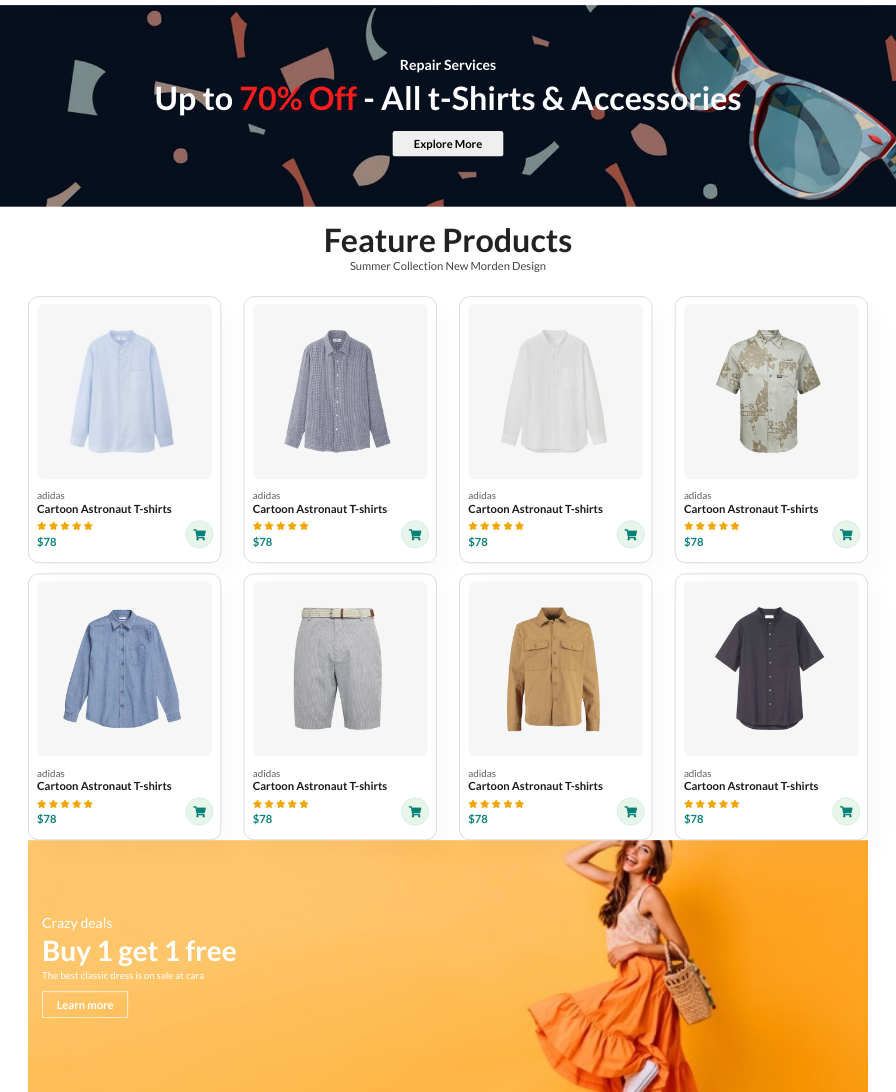
Repository: Nguyenductuan-dev/Website-Clothes
Page: index.html
The author's editor kept a copy of each file at every save. The page is drawn from the files as they stood at one save, then again after the next save.
The browser window is 1280 px wide. The pictures show the part of the page from y = 1866 to 3786 px (the page is 3426 px tall before and 3786 px after), at 70% of full size.

Above is the page before, as saved 2022-05-15 16:02:00.

### index.html
<!DOCTYPE html>
<html lang="en">
<head>
    <meta charset="UTF-8">
    <meta http-equiv="X-UA-Compatible" content="IE=edge">
    <meta name="viewport" content="width=device-width, initial-scale=1.0">
    <link rel="shortcut icon" href="assets/imgs/favicon.png" type="image/x-icon">
    <link rel="stylesheet" href="https://cdnjs.cloudflare.com/ajax/libs/font-awesome/5.15.1/css/all.min.css" />
    <link rel="preconnect" href="https://fonts.googleapis.com">
    <link rel="preconnect" href="https://fonts.gstatic.com" crossorigin>
    <link href="https://fonts.googleapis.com/css2?family=Lato:wght@400;700&family=Montserrat:ital,wght@0,200;0,300;0,400;0,500;0,600;0,700;1,600&display=swap" rel="stylesheet">
    <link rel="stylesheet" href="assets/css/style.css">
    <title>Website Clothes</title>
</head>
<body>
    <!-- ======================= HEADER ====================== -->
    <header class="header " id="header">
        <div class="header__container container">
            <a href="index.html" class="header__logo">
                <img src="assets/images/logo.png" alt="" class="header__logo-img">
            </a>

            <div class="navbar" id="navbar">
                <ul class="navbar__list">
                    <li class="navbar__item ">
                        <a href="index.html" class="navbar__link navbar__active">Home</a>
                    </li>
                    <li class="navbar__item">
                        <a href="shop.html" class="navbar__link">Shop</a>
                    </li>
                    <li class="navbar__item">
                        <a href="blog.html" class="navbar__link">Blog</a>
                    </li>
                    <li class="navbar__item">
                        <a href="about.html" class="navbar__link">About</a>
                    </li>
                    <li class="navbar__item">
                        <a href="contact.html" class="navbar__link">Contact</a>
                    </li>
                    <li class="navbar__item">
                        <a href="cart.html" class="navbar__link">
                            <i class="fas fa-shopping-cart"></i>
                        </a>
                    </li>
                </ul>
            </div>
        </div>
    </header>

    <!-- ======================= BANNER ====================== -->
    <section class="banner" id="banner">
        <div class="banner__container container">
            <h4>Trade-in-offer</h4>
            <h2>Supper value deals</h2>
            <h1>On all products</h1>
            <p>Save more with coupons & up to 70% off!</p>
            <button class="banner__btn">
                Shop Now
            </button>
        </div>
    </section>

    <!-- ======================= FEATURE ====================== -->
    <section class="feature container" id="feature">
        <div class="feature__box">
            <img src="assets/images/features/f1.png" alt="" class="feature__img">
            <h6 class="feature__title">Free Shipping</h6>
        </div>
        <div class="feature__box">
            <img src="assets/images/features/f2.png" alt="" class="feature__img">
            <h6 class="feature__title">Online Order</h6>
        </div>
        <div class="feature__box">
            <img src="assets/images/features/f3.png" alt="" class="feature__img">
            <h6 class="feature__title">Save Money</h6>
        </div>
        <div class="feature__box">
            <img src="assets/images/features/f4.png" alt="" class="feature__img">
            <h6 class="feature__title">Promotions</h6>
        </div>
        <div class="feature__box">
            <img src="assets/images/features/f5.png" alt="" class="feature__img">
            <h6 class="feature__title">Happy Sell</h6>
        </div>
        <div class="feature__box">
            <img src="assets/images/features/f6.png" alt="" class="feature__img">
            <h6 class="feature__title">F24/7 Support</h6>
        </div>
    </section>

    <!-- ======================= PRODUCTS ====================== -->
    <section class="product container" id="product">
        <div class="product__heading">
            <h2 class="product__heading-title">Feature Products</h2>
            <p class="product__heading-description">Summer Collection New Morden Design</p>
        </div>
        <div class="product__list">
            <div class="product__item">
                <a href="" class="product__link">
                    <img src="assets/images/products/n1.jpg" alt="" class="product__img">
                    <div class="product__des">
                        <span class="product__brand">adidas</span>
                        <h5 class="product__title">Cartoon Astronaut T-shirts</h5>
                        <div class="product__rate">
                            <i class="fas fa-star"></i>
                            <i class="fas fa-star"></i>
                            <i class="fas fa-star"></i>
                            <i class="fas fa-star"></i>
                            <i class="fas fa-star"></i>
                        </div>
                        <h4 class="product__price">$78</h4>
                    </div>
                    <a href="#" class="product__cart">
                        <i class="fas fa-shopping-cart"></i>
                    </a>
                </a>
            </div>
            <div class="product__item">
                <a href="" class="product__link">
                    <img src="assets/images/products/f2.jpg" alt="" class="product__img">
                    <div class="product__des">
                        <span class="product__brand">adidas</span>
                        <h5 class="product__title">Cartoon Astronaut T-shirts</h5>
                        <div class="product__rate">
                            <i class="fas fa-star"></i>
                            <i class="fas fa-star"></i>
                            <i class="fas fa-star"></i>
                            <i class="fas fa-star"></i>
                            <i class="fas fa-star"></i>
                        </div>
                        <h4 class="product__price">$78</h4>
                    </div>
                    <a href="#" class="product__cart">
                        <i class="fas fa-shopping-cart"></i>
                    </a>
                </a>
            </div>
            <div class="product__item">
                <a href="" class="product__link">
                    <img src="assets/images/products/f3.jpg" alt="" class="product__img">
                    <div class="product__des">
                        <span class="product__brand">adidas</span>
                        <h5 class="product__title">Cartoon Astronaut T-shirts</h5>
                        <div class="product__rate">
                            <i class="fas fa-star"></i>
                            <i class="fas fa-star"></i>
                            <i class="fas fa-star"></i>
                            <i class="fas fa-star"></i>
                            <i class="fas fa-star"></i>
                        </div>
                        <h4 class="product__price">$78</h4>
                    </div>
                    <a href="#" class="product__cart">
                        <i class="fas fa-shopping-cart"></i>
                    </a>
                </a>
            </div>
            <div class="product__item">
                <a href="" class="product__link">
                    <img src="assets/images/products/f4.jpg" alt="" class="product__img">
                    <div class="product__des">
                        <span class="product__brand">adidas</span>
                        <h5 class="product__title">Cartoon Astronaut T-shirts</h5>
                        <div class="product__rate">
                            <i class="fas fa-star"></i>
                            <i class="fas fa-star"></i>
                            <i class="fas fa-star"></i>
                            <i class="fas fa-star"></i>
                            <i class="fas fa-star"></i>
                        </div>
                        <h4 class="product__price">$78</h4>
                    </div>
                    <a href="#" class="product__cart">
                        <i class="fas fa-shopping-cart"></i>
                    </a>
                </a>
            </div>
            <div class="product__item">
                <a href="" class="product__link">
                    <img src="assets/images/products/f5.jpg" alt="" class="product__img">
                    <div class="product__des">
                        <span class="product__brand">adidas</span>
                        <h5 class="product__title">Cartoon Astronaut T-shirts</h5>
                        <div class="product__rate">
                            <i class="fas fa-star"></i>
                            <i class="fas fa-star"></i>
                            <i class="fas fa-star"></i>
                            <i class="fas fa-star"></i>
                            <i class="fas fa-star"></i>
                        </div>
                        <h4 class="product__price">$78</h4>
                    </div>
                    <a href="#" class="product__cart">
                        <i class="fas fa-shopping-cart"></i>
                    </a>
                </a>
            </div>
            <div class="product__item">
                <a href="" class="product__link">
                    <img src="assets/images/products/f6.jpg" alt="" class="product__img">
                    <div class="product__des">
                        <span class="product__brand">adidas</span>
                        <h5 class="product__title">Cartoon Astronaut T-shirts</h5>
                        <div class="product__rate">
                            <i class="fas fa-star"></i>
                            <i class="fas fa-star"></i>
                            <i class="fas fa-star"></i>
                            <i class="fas fa-star"></i>
                            <i class="fas fa-star"></i>
                        </div>
                        <h4 class="product__price">$78</h4>
                    </div>
                    <a href="#" class="product__cart">
                        <i class="fas fa-shopping-cart"></i>
                    </a>
                </a>
            </div>
            <div class="product__item">
                <a href="" class="product__link">
                    <img src="assets/images/products/f7.jpg" alt="" class="product__img">
                    <div class="product__des">
                        <span class="product__brand">adidas</span>
                        <h5 class="product__title">Cartoon Astronaut T-shirts</h5>
                        <div class="product__rate">
                            <i class="fas fa-star"></i>
                            <i class="fas fa-star"></i>
                            <i class="fas fa-star"></i>
                            <i class="fas fa-star"></i>
                            <i class="fas fa-star"></i>
                        </div>
                        <h4 class="product__price">$78</h4>
                    </div>
                    <a href="#" class="product__cart">
                        <i class="fas fa-shopping-cart"></i>
                    </a>
                </a>
            </div>
            <div class="product__item">
                <a href="" class="product__link">
                    <img src="assets/images/products/f8.jpg" alt="" class="product__img">
                    <div class="product__des">
                        <span class="product__brand">adidas</span>
                        <h5 class="product__title">Cartoon Astronaut T-shirts</h5>
                        <div class="product__rate">
                            <i class="fas fa-star"></i>
                            <i class="fas fa-star"></i>
                            <i class="fas fa-star"></i>
                            <i class="fas fa-star"></i>
                            <i class="fas fa-star"></i>
                        </div>
                        <h4 class="product__price">$78</h4>
                    </div>
                    <a href="#" class="product__cart">
                        <i class="fas fa-shopping-cart"></i>
                    </a>
                </a>
            </div>

        </div>
    </section>

    <!-- ======================= SALE OFF====================== -->
    <section class="saleoff" id="saleoff">
        <div class="saleoff__container container">
            <h4 class="saleoff__description">Repair Services</h4>
            <h2 class="saleoff__title">Up to <span>70% Off</span> - All t-Shirts & Accessories</h2>
            <button class="saleoff__btn">
                Explore More
            </button>
        </div>
    </section>

    <!-- ======================= PRODUCTS ====================== -->
    <section class="product container" id="product">
        <div class="product__heading">
            <h2 class="product__heading-title">Feature Products</h2>
            <p class="product__heading-description">Summer Collection New Morden Design</p>
        </div>
        <div class="product__list">
            <div class="product__item">
                <a href="" class="product__link">
                    <img src="assets/images/products/n1.jpg" alt="" class="product__img">
                    <div class="product__des">
                        <span class="product__brand">adidas</span>
                        <h5 class="product__title">Cartoon Astronaut T-shirts</h5>
                        <div class="product__rate">
                            <i class="fas fa-star"></i>
                            <i class="fas fa-star"></i>
                            <i class="fas fa-star"></i>
                            <i class="fas fa-star"></i>
                            <i class="fas fa-star"></i>
                        </div>
                        <h4 class="product__price">$78</h4>
                    </div>
                    <a href="#" class="product__cart">
                        <i class="fas fa-shopping-cart"></i>
                    </a>
                </a>
            </div>
            <div class="product__item">
                <a href="" class="product__link">
                    <img src="assets/images/products/n2.jpg" alt="" class="product__img">
                    <div class="product__des">
                        <span class="product__brand">adidas</span>
                        <h5 class="product__title">Cartoon Astronaut T-shirts</h5>
                        <div class="product__rate">
                            <i class="fas fa-star"></i>
                            <i class="fas fa-star"></i>
                            <i class="fas fa-star"></i>
                            <i class="fas fa-star"></i>
                            <i class="fas fa-star"></i>
                        </div>
                        <h4 class="product__price">$78</h4>
                    </div>
                    <a href="#" class="product__cart">
                        <i class="fas fa-shopping-cart"></i>
                    </a>
                </a>
            </div>
            <div class="product__item">
                <a href="" class="product__link">
                    <img src="assets/images/products/n3.jpg" alt="" class="product__img">
                    <div class="product__des">
                        <span class="product__brand">adidas</span>
                        <h5 class="product__title">Cartoon Astronaut T-shirts</h5>
                        <div class="product__rate">
                            <i class="fas fa-star"></i>
                            <i class="fas fa-star"></i>
                            <i class="fas fa-star"></i>
                            <i class="fas fa-star"></i>
                            <i class="fas fa-star"></i>
                        </div>
                        <h4 class="product__price">$78</h4>
                    </div>
                    <a href="#" class="product__cart">
                        <i class="fas fa-shopping-cart"></i>
                    </a>
                </a>
            </div>
            <div class="product__item">
                <a href="" class="product__link">
                    <img src="assets/images/products/n4.jpg" alt="" class="product__img">
                    <div class="product__des">
                        <span class="product__brand">adidas</span>
                        <h5 class="product__title">Cartoon Astronaut T-shirts</h5>
                        <div class="product__rate">
                            <i class="fas fa-star"></i>
                            <i class="fas fa-star"></i>
                            <i class="fas fa-star"></i>
                            <i class="fas fa-star"></i>
                            <i class="fas fa-star"></i>
                        </div>
                        <h4 class="product__price">$78</h4>
                    </div>
                    <a href="#" class="product__cart">
                        <i class="fas fa-shopping-cart"></i>
                    </a>
                </a>
            </div>
            <div class="product__item">
                <a href="" class="product__link">
                    <img src="assets/images/products/n5.jpg" alt="" class="product__img">
                    <div class="product__des">
                        <span class="product__brand">adidas</span>
                        <h5 class="product__title">Cartoon Astronaut T-shirts</h5>
                        <div class="product__rate">
                            <i class="fas fa-star"></i>
                            <i class="fas fa-star"></i>
                            <i class="fas fa-star"></i>
                            <i class="fas fa-star"></i>
                            <i class="fas fa-star"></i>
                        </div>
                        <h4 class="product__price">$78</h4>
                    </div>
                    <a href="#" class="product__cart">
                        <i class="fas fa-shopping-cart"></i>
                    </a>
                </a>
            </div>
            <div class="product__item">
                <a href="" class="product__link">
                    <img src="assets/images/products/n6.jpg" alt="" class="product__img">
                    <div class="product__des">
                        <span class="product__brand">adidas</span>
                        <h5 class="product__title">Cartoon Astronaut T-shirts</h5>
                        <div class="product__rate">
                            <i class="fas fa-star"></i>
                            <i class="fas fa-star"></i>
                            <i class="fas fa-star"></i>
                            <i class="fas fa-star"></i>
                            <i class="fas fa-star"></i>
                        </div>
                        <h4 class="product__price">$78</h4>
                    </div>
                    <a href="#" class="product__cart">
                        <i class="fas fa-shopping-cart"></i>
                    </a>
                </a>
            </div>
            <div class="product__item">
                <a href="" class="product__link">
                    <img src="assets/images/products/n7.jpg" alt="" class="product__img">
                    <div class="product__des">
                        <span class="product__brand">adidas</span>
                        <h5 class="product__title">Cartoon Astronaut T-shirts</h5>
                        <div class="product__rate">
                            <i class="fas fa-star"></i>
                            <i class="fas fa-star"></i>
                            <i class="fas fa-star"></i>
                            <i class="fas fa-star"></i>
                            <i class="fas fa-star"></i>
                        </div>
                        <h4 class="product__price">$78</h4>
                    </div>
                    <a href="#" class="product__cart">
                        <i class="fas fa-shopping-cart"></i>
                    </a>
                </a>
            </div>
            <div class="product__item">
                <a href="" class="product__link">
                    <img src="assets/images/products/n8.jpg" alt="" class="product__img">
                    <div class="product__des">
                        <span class="product__brand">adidas</span>
                        <h5 class="product__title">Cartoon Astronaut T-shirts</h5>
                        <div class="product__rate">
                            <i class="fas fa-star"></i>
                            <i class="fas fa-star"></i>
                            <i class="fas fa-star"></i>
                            <i class="fas fa-star"></i>
                            <i class="fas fa-star"></i>
                        </div>
                        <h4 class="product__price">$78</h4>
                    </div>
                    <a href="#" class="product__cart">
                        <i class="fas fa-shopping-cart"></i>
                    </a>
                </a>
            </div>

        </div>
    </section>

    <!-- ======================= BANNER 2 ====================== -->
    <section class="sm-banner__" id="sm-banner">
        <div class="sm-banner__container container">
            <div class="sm-banner__box">
                <h4>Crazy deals</h4>
                <h2>Buy 1 get 1 free</h2>
                <p>The best classic dress is on sale at cara</p>
                <button class="sm-banner__btn">
                    Learn more
                </button>
            </div>
        </div>
    </section>

    <script src="assets/js/main.js"></script>
</body>
</html>

Loaded but not shown: assets/js/main.js (11 lines, source omitted); assets/css/style.css (338 lines, source omitted)

After the next save:
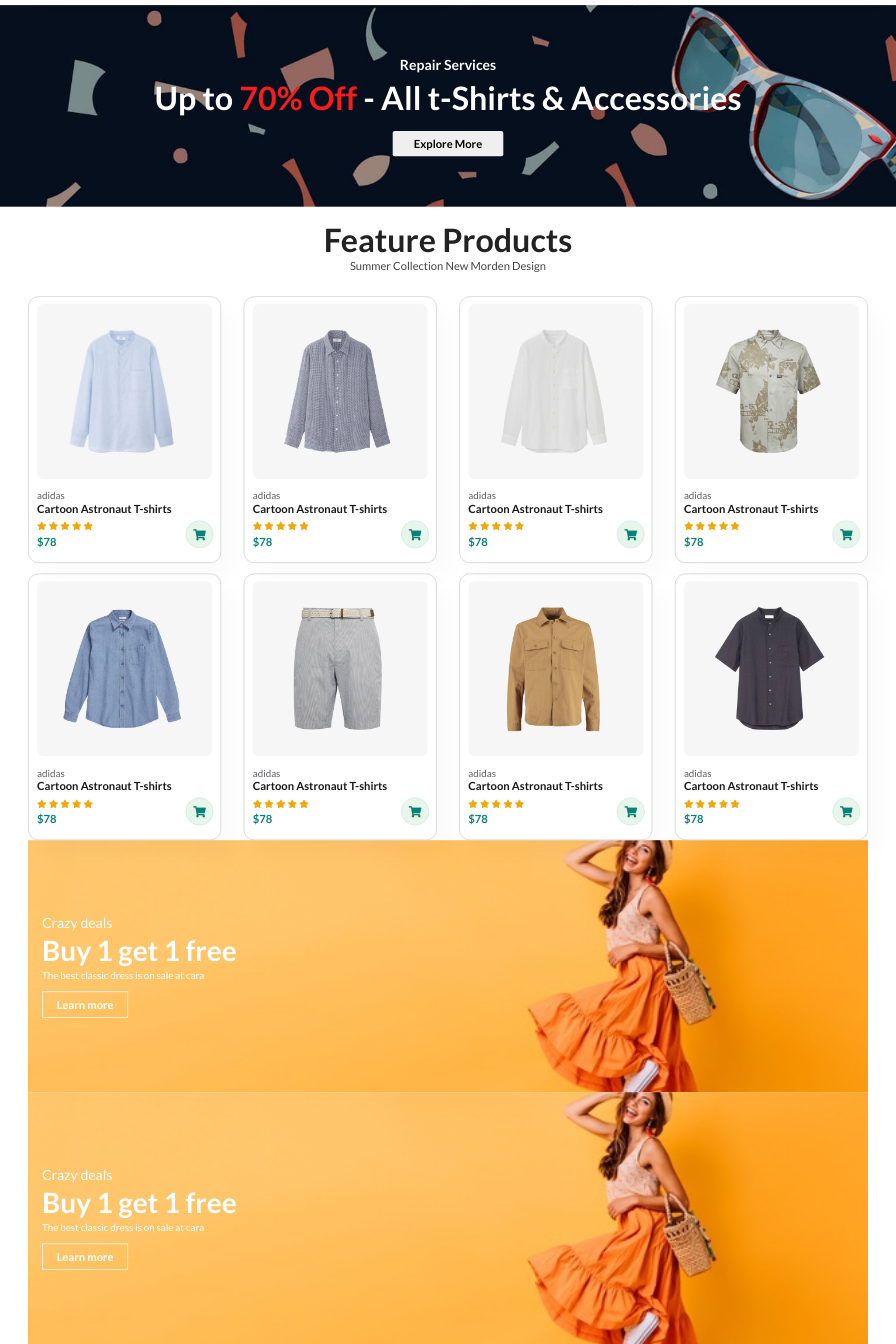
Saved 52 s later.
--- a/index.html
+++ b/index.html
@@ -452,6 +452,14 @@
                     Learn more
                 </button>
             </div>
+            <div class="sm-banner__box">
+                <h4>Crazy deals</h4>
+                <h2>Buy 1 get 1 free</h2>
+                <p>The best classic dress is on sale at cara</p>
+                <button class="sm-banner__btn">
+                    Learn more
+                </button>
+            </div>
         </div>
     </section>
 
